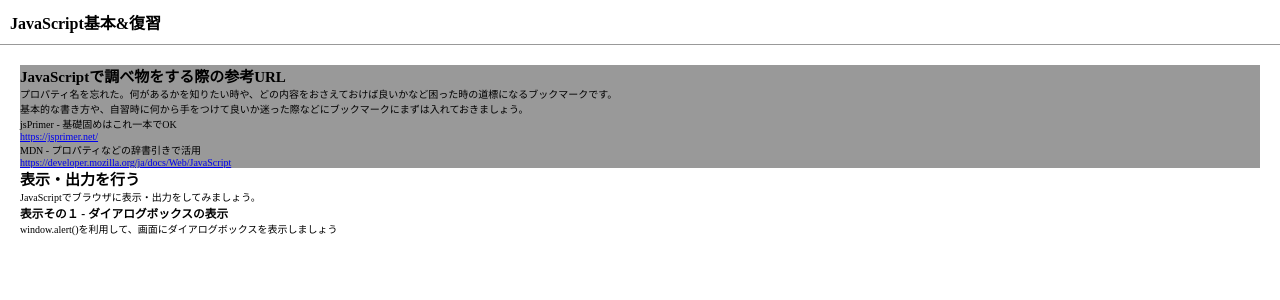
Repository: Yuto-Arakawa/study_js
Page: 01_basic/荒川/ara_basic01.html
These files come from the project's save history. The page is drawn as it stood at one moment and after the next save; the edit follows.
The browser window is 1280 px wide. The pictures show the whole page.

Above is the page before, as saved 2026-11-06 14:47:00.

### 01_basic/荒川/ara_basic01.html
<!DOCTYPE html>
<html lang="ja">
<head>
  <meta charset="utf-8">
  <meta name="viewport" content="width=device-width, initial-scale=1">
  <meta name="color-scheme" content="light">
  <meta name="format-detection" content="telephone=no">
  <meta name="description" content="ここに説明文を設定">
  <title>ara_basic01</title>

  <!-- 共有用 OGP / X(Twitter) -->
  <meta property="og:site_name" content="サイト名">
  <meta property="og:title" content="サイトタイトル">
  <meta property="og:description" content="サイト説明文">
  <meta property="og:type" content="website">
  <meta property="og:url" content="https://hoge.ecc.com/">
  <meta property="og:image" content="https://hoge.ecc.com/ogp.png">
  <meta name="twitter:card" content="summary_large_image">
  <meta name="twitter:site" content="@twitteraccount">

  <!-- 正規URL -->
  <link rel="canonical" href="URL">
	<!-- 多言語サイト用 -->
	<!-- <link rel="alternate" hreflang="ja" href="URL"> -->

  <!-- アイコン（SVG優先、ICOフォールバック、Apple Touch） -->
  <link rel="icon" type="image/svg+xml" href="favicon.svg">
  <link rel="alternate icon" href="favicon.ico">
  <link rel="apple-touch-icon" href="apple-touch-icon.png" sizes="180x180">

  <!-- テーマカラー（PWAでなくてもアドレスバー色に反映） -->
  <meta name="theme-color" content="#FFFFFF">

	<!-- スタイルの読み込み -->
    <link rel="stylesheet" href="css/ress.css">
    <link rel="stylesheet" href="css/basic01.css">

</head>
<body>
    <header>
        <h1>JavaScript基本&復習</h1>
    </header>
    <main>
        <div class="reference">
            <h2>JavaScriptで調べ物をする際の参考URL</h2>
                <p>
                    プロパティ名を忘れた。何があるかを知りたい時や、どの内容をおさえておけば良いかなど困った時の道標になるブックマークです。<br>
                    基本的な書き方や、自習時に何から手をつけて良いか迷った際などにブックマークにまずは入れておきましょう。
                </p>

                <p>
                    jsPrimer - 基礎固めはこれ一本でOK<br>
                    <a href="https://jsprimer.net/" target="_blank">https://jsprimer.net/</a>
                </p>
                <p>
                    MDN - プロパティなどの辞書引きで活用<br>
                    <a href="https://developer.mozilla.org/ja/docs/Web/JavaScript" target="_blank">https://developer.mozilla.org/ja/docs/Web/JavaScript</a>
                </p>
        </div>
            <h2>表示・出力を行う</h2>
                <p>JavaScriptでブラウザに表示・出力をしてみましょう。</p>
            <h3>表示その１ - ダイアログボックスの表示</h3>
                <p>window.alert()を利用して、画面にダイアログボックスを表示しましょう</p>
    </main>
</body>
</html>

### 01_basic/荒川/css/ress.css
/* resset.dev • v6.0.0 */

/* # =================================================================
   # Global selectors
   # ================================================================= */

html {
  box-sizing: border-box;
  -webkit-text-size-adjust: 100%; /* Prevent adjustments of font size after orientation changes in iOS */
  word-break: normal;
  -moz-tab-size: 4;
  tab-size: 4;
}

*,
::before,
::after {
  background-repeat: no-repeat; /* Set `background-repeat: no-repeat` to all elements and pseudo elements */
  box-sizing: inherit;
}

::before,
::after {
  text-decoration: inherit; /* Inherit text-decoration and vertical align to ::before and ::after pseudo elements */
  vertical-align: inherit;
}

* {
  padding: 0; /* Reset `padding` and `margin` of all elements */
  margin: 0;
}

/* # =================================================================
   # General elements
   # ================================================================= */

hr {
  overflow: visible; /* Show the overflow in Edge and IE */
  height: 0; /* Add the correct box sizing in Firefox */
  color: inherit; /* Correct border color in Firefox. */
}

details,
main {
  display: block; /* Render the `main` element consistently in IE. */
}

summary {
  display: list-item; /* Add the correct display in all browsers */
}

small {
  font-size: 80%; /* Set font-size to 80% in `small` elements */
}

[hidden] {
  display: none; /* Add the correct display in IE */
}

abbr[title] {
  border-bottom: none; /* Remove the bottom border in Chrome 57 */
  /* Add the correct text decoration in Chrome, Edge, IE, Opera, and Safari */
  text-decoration: underline;
  text-decoration: underline dotted;
}

a {
  background-color: transparent; /* Remove the gray background on active links in IE 10 */
}

a:active,
a:hover {
  outline-width: 0; /* Remove the outline when hovering in all browsers */
}

code,
kbd,
pre,
samp {
  font-family: monospace, monospace; /* Specify the font family of code elements */
}

pre {
  font-size: 1em; /* Correct the odd `em` font sizing in all browsers */
}

b,
strong {
  font-weight: bolder; /* Add the correct font weight in Chrome, Edge, and Safari */
}

/* https://gist.github.com/unruthless/413930 */
sub,
sup {
  font-size: 75%;
  line-height: 0;
  position: relative;
  vertical-align: baseline;
}

sub {
  bottom: -0.25em;
}

sup {
  top: -0.5em;
}

table {
  border-color: inherit; /* Correct border color in all Chrome, Edge, and Safari. */
  text-indent: 0; /* Remove text indentation in Chrome, Edge, and Safari */
}

iframe {
  border-style: none;
}

/* # =================================================================
   # Accessibility
   # ================================================================= */

/* Specify the progress cursor of updating elements */
[aria-busy='true'] {
  cursor: progress;
}

/* Specify the pointer cursor of trigger elements */
[aria-controls] {
  cursor: pointer;
}

/* # =================================================================
   # Forms
   # ================================================================= */

input {
  border-radius: 0;
}

[type='number']::-webkit-inner-spin-button,
[type='number']::-webkit-outer-spin-button {
  height: auto; /* Correct the cursor style of increment and decrement buttons in Chrome */
}

[type='search'] {
  -webkit-appearance: textfield; /* Correct the odd appearance in Chrome and Safari */
  outline-offset: -2px; /* Correct the outline style in Safari */
}

[type='search']::-webkit-search-decoration {
  -webkit-appearance: none; /* Remove the inner padding in Chrome and Safari on macOS */
}

textarea {
  overflow: auto; /* Internet Explorer 11+ */
  resize: vertical; /* Specify textarea resizability */
}

button,
input,
optgroup,
select,
textarea {
  font: inherit; /* Specify font inheritance of form elements */
}

optgroup {
  font-weight: bold; /* Restore the font weight unset by the previous rule */
}

button {
  overflow: visible; /* Address `overflow` set to `hidden` in IE 8/9/10/11 */
}

button,
select {
  text-transform: none; /* Firefox 40+, Internet Explorer 11- */
}

/* Apply cursor pointer to button elements */
button,
[type='button'],
[type='reset'],
[type='submit'],
[role='button'] {
  cursor: pointer;
}

/* Remove inner padding and border in Firefox 4+ */
button::-moz-focus-inner,
[type='button']::-moz-focus-inner,
[type='reset']::-moz-focus-inner,
[type='submit']::-moz-focus-inner {
  border-style: none;
  padding: 0;
}

/* Replace focus style removed in the border reset above */
button:-moz-focusring,
[type='button']::-moz-focus-inner,
[type='reset']::-moz-focus-inner,
[type='submit']::-moz-focus-inner {
  outline: 1px dotted ButtonText;
}

button,
html [type='button'], /* Prevent a WebKit bug where (2) destroys native `audio` and `video`controls in Android 4 */
[type='reset'],
[type='submit'] {
  -webkit-appearance: button; /* Correct the inability to style clickable types in iOS */
}

/* Remove the default button styling in all browsers */
button,
input,
select,
textarea {
  background-color: transparent;
  border-style: none;
}

a:focus,
button:focus,
input:focus,
select:focus,
textarea:focus {
  outline-width: 0;
}

/* Style select like a standard input */
select {
  -moz-appearance: none; /* Firefox 36+ */
  -webkit-appearance: none; /* Chrome 41+ */
}

select::-ms-expand {
  display: none; /* Internet Explorer 11+ */
}

select::-ms-value {
  color: currentColor; /* Internet Explorer 11+ */
}

legend {
  border: 0; /* Correct `color` not being inherited in IE 8/9/10/11 */
  color: inherit; /* Correct the color inheritance from `fieldset` elements in IE */
  display: table; /* Correct the text wrapping in Edge and IE */
  max-width: 100%; /* Correct the text wrapping in Edge and IE */
  white-space: normal; /* Correct the text wrapping in Edge and IE */
  max-width: 100%; /* Correct the text wrapping in Edge 18- and IE */
}

::-webkit-file-upload-button {
  /* Correct the inability to style clickable types in iOS and Safari */
  -webkit-appearance: button;
  color: inherit;
  font: inherit; /* Change font properties to `inherit` in Chrome and Safari */
}

/* Replace pointer cursor in disabled, not-editable, or otherwise inoperable elements */
[disabled],
[aria-disabled='true'] {
  cursor: default;
}

/* # =================================================================
   # Specify media element style
   # ================================================================= */

img {
  border-style: none; /* Remove border when inside `a` element in IE 8/9/10 */
}

/* Add the correct vertical alignment in Chrome, Firefox, and Opera */
progress {
  vertical-align: baseline;
}

### 01_basic/荒川/css/basic01.css
html{
    font-size: 62.5%;
}

header{
    padding: 1rem;
    border-bottom: solid 1px #999;
    font-size: 8px;
}

main{
    padding: 20px;
}

.reference{
    background-color: #999;
}

After the next save:
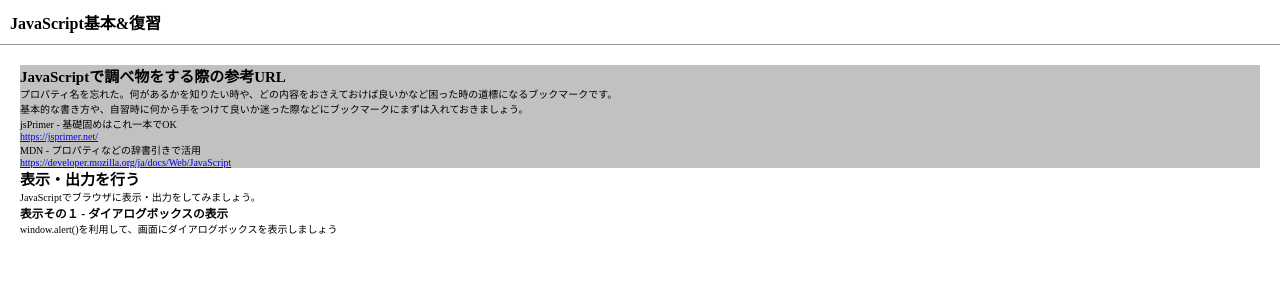
Saved 29 s later.
--- a/01_basic/荒川/css/basic01.css
+++ b/01_basic/荒川/css/basic01.css
@@ -13,5 +13,5 @@ main{
 }
 
 .reference{
-    background-color: #999;
+    background-color: #c1c1c1;
 }
